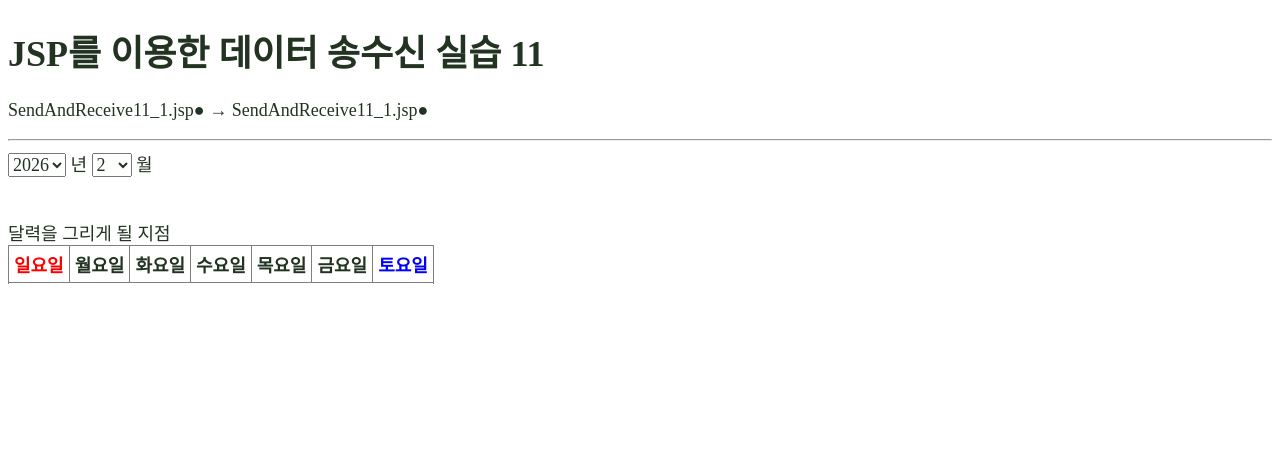
Repository: god5228god/Jsp
Page: http://localhost/WebApp06/SendAndReceive11_1.jsp
The author's editor kept a copy of each file at every save. The page is drawn from the files as they stood at one save, then again after the next save.
The browser window is 1280 px wide. The pictures show the whole page.
The page is served by Tomcat 9.

Above is the page before, as saved 2026-03-04 05:30:41.

### WebApp06/WebContent/SendAndReceive11_1.jsp
<%@ page import="java.util.Calendar" %>
<%@ page contentType="text/html; charset=UTF-8"%>
<%
	// 이전 페이지(SendAndReceive11_1.jsp)로부터 넘어온 데이터 수신
	//-- year, month

	String sYear = request.getParameter("year");
	String sMonth = request.getParameter("month");

	// Calendar 객체 생성
	//java.util.Calendar cal = java.util.Calendar.getInstance();
	Calendar cal = Calendar.getInstance();

	// 현재의 연, 월. 일 확인
	int nowYear = cal.get(Calendar.YEAR);			//-- 2026
	int nowMonth = cal.get(Calendar.MONTH) + 1 ; 	//-- 3
	int nowDay = cal.get(Calendar.DAY_OF_MONTH);	//-- 4

	// 표시할 달력의 연, 월 구성
	// → 페이지 최초 요청을 감안한 코드 처리
	int selectYear = nowYear;
	int selectMonth = nowMonth;

	// 페이지에 대한 요청이 최초 요청이 아닐 경우
	// → 선택한 값(이전 페이지로부터 수신한 값)을 활용한 달력의 연, 월 구성
	if(sYear != null || sMonth !=  null)
	{
		selectYear = Integer.parseInt(sYear);
		selectMonth = Integer.parseInt(sMonth);
	}

	// 테스트
	// out.print("<h1>selectYear: "+ selectYear + "</h1>");
	// out.print("<h1>selectMonth: "+ selectMonth + "</h1>");

	// 확인한 날짜로 연도 select option 구성
	//------------------------------------------------
 	// <option value="2016">2016</option>
	// <option value="2017">2017</option>
	// <option value="2018">2018</option>
	//
	// <option value="2026" selected="selected">2026</option>
	// 				:
	// <option value="2034">2034</option>
	// <option value="2035">2035</option>
	// <option value="2036">2036</option>
	//------------------------------------------------

	String yOption = "";
	for (int year=(selectYear-10); year<=(selectYear+10); year++)	// 2016 ~ 2036
	{
		// 관찰 ⓐ
		// yOption += "<option value='" +year +"'>"+year+"</option>";

		// 관찰 ⓑ
/* 		if(year==nowYear){
			yOption += "<option value='" +year +"' selected='selected'>"+year+"</option>";
		}else{
			yOption += "<option value='" +year +"'>"+year+"</option>";
		} */

		// 상황 1: 페이지 최초 요청일 때 → sYear는 null
		//		   현재의 연도와 옵션 값이 같을 때
		// ==> selected(○)

		// 상황 2: 페이지 최초 요청이 아닐 때 → sYear는 null이 아님
		//		   선택된 연도와 옵션 값이 같을 때
		// ==> selected(○)

		// 상황 3: 나머지
		// ==> selected(×)

		if(sYear==null && year==nowYear)
			yOption += "<option value='" +year +"' selected='selected'>"+year+"</option>";
		else if(sYear!=null && year==Integer.parseInt(sYear))
			yOption += "<option value='" +year +"' selected='selected'>"+year+"</option>";
		else
			yOption += "<option value='" +year +"'>"+year+"</option>";
	}
	// 확인한 날짜로 월 select option 구성
	//------------------------------------------------
 	// <option value="1">1</option>
	// <option value="2">2</option>
	// <option value="3" selected="selected">3</option>
	// 				:
	// <option value="10">10</option>
	// <option value="11">11</option>
	// <option value="12">12</option>
	//------------------------------------------------

	String mOption = "";
	for(int month = 1; month<=12; month++)
	{
		// 상황 1: 페이지 최초 요청일 때 → sMonth는 null
				//		   현재의 월과 옵션 값이 같을 때
				// ==> selected(○)

				// 상황 2: 페이지 최초 요청이 아닐 때 → sMonth는 null이 아님
				//		   선택된 월과 옵션 값이 같을 때
				// ==> selected(○)

				// 상황 3: 나머지
				// ==> selected(×)
		if(sMonth==null && month==nowMonth)
			mOption += "<option value='" +month +"' selected='selected'>"+month+"</option>";
		else if(sMonth!=null && month==Integer.parseInt(sMonth))
			mOption += "<option value='" +month +"' selected='selected'>"+month+"</option>";
		else
			mOption += "<option value='" +month +"'>"+month+"</option>";
	}

	// 그려야 할 달력의 1일이 무슨 요일인지 확인 필요
	// (만년 달력 구조)

	int[] months = {31, 28, 31, 30, 31, 30, 31, 31, 30, 31, 30, 31};	//-- 각 월의 최대 날짜
	if(selectYear%4==0 && selectYear%100!=0 || selectYear%400==0)	//-- 윤년
		months[1] = 29;

	// 총 날 수 누적 변수
	int nalsu;

	// 요일 항목 타이블 배열 구성
	String[] weekNames = {"일요일", "월요일", "화요일", "수요일", "목요일", "금요일", "토요일"};

	// 입력받은 연도 이전 년도까지의 날 수 계산
	nalsu = (selectYear-1)*365 + (selectYear-1)/4 - (selectYear-1)/100 + (selectYear-1)/400;

	// 위 계산 항목에 입력받은 월의 이전 월까지의 날 수 추가
	for(int i=0; i<selectMonth-1; i++){
		nalsu += months[i];
	}

	nalsu++;								//-- + 1 (1일까지의 날짜 합산)

	int week = nalsu%7;						//-- 요일 변수
	int lastDay = months[selectMonth-1];	//-- 해당 월의 마지막 날짜 변수

	// 달력 그리기 ---------------------------------------------------------------------
	String calStr = "";

	calStr += "<table border='1'>";
	calStr += "<tr>";
	for(int i = 0 ; i<weekNames.length;i++)
	{
		// 확인
		//calStr += "<th>" + weekNames[i] + "</th>";

		if(i==0)															//-- 일요일
			calStr += "<th class='sun'>" + weekNames[i] + "</th>";
		else if(i==6)														//-- 토요일
			calStr += "<th class='sat'>" + weekNames[i] + "</th>";
		else
			calStr += "<th>" + weekNames[i] + "</th>";
	}

	calStr += "</tr>";

	// 빈 칸 공백 td 발생
	calStr += "<tr>";
	for(int i = 1 ; i<=week;i++)
		calStr +="<td></td>";

	// 날짜 td 발생
	for(int i = 1; i<=lastDay; i++)
	{
		week++;							//-- 날짜가 하루씩 처리될 때마다(구성이 이루어질 때 마다)
										//	 요일도 함께 1씩 증가될 수 있도록 처리 CHECK!
		// 확인
		//calStr +="<td>"+i+"</td>";

		// 오늘 날짜 확인
		// nowYear, nowMonth, nowDay



		if(week%7==0)
			calStr += "</tr><tr>";
	}
	calStr += "</tr>";
	calStr += "</table>";


	//---------------------------------------------------------------------- 달력 그리기

%>
<!DOCTYPE html>
<html>
<head>
<meta charset="UTF-8">
<title>SendAndReceive11_1.jsp</title>
<link rel="stylesheet" type="text/css" href="css/main.css" />
<style type="text/css">
table{border-collapse: collapse;}
tr>*{text-align: center; padding: 5px;}
td.now{background-color: aqua; font-weight: bold;}
.sat{color: blue;}
.sun{color: red;}
td.nowSat{background-color: aqua; font-weight: bold; color: blue;}
td.nowSun{background-color: aqua; font-weight: bold; color: red;}

</style>
<script type="text/javascript">
	function formCalendar(obj)
	{
		// 유효성 검사가 필요할 경우 삽입할 수 있는 영역
		obj.submit();
		//-- obj → form 객체
	}
</script>
</head>
<body>
<div>
	<h1>JSP를 이용한 데이터 송수신 실습 11</h1>
	<p>SendAndReceive11_1.jsp● → SendAndReceive11_1.jsp●</p>
	<hr />
</div>

<!--
	○ 데이터 송수신 실습

	  - 연도와 월을 입력받아 해당 연월의 달력을 화면에 출력하는 JSP 페이지를 구성한다.

	  - 단, submit 버튼 없이 이벤트 처리를 할 수 있도록 한다.

	  - 전송한 내용을 수신하여 출력해주는 형태의 페이지로 구성한다.

	  - 연도 구성은 현재 연도를 기준으로 이전 10년, 이후 10년으로 구성한다.
	    (기본적으로 만년 달력을 구성하는데, 현재의 연, 월을 달력 객체를 활용할 수 있도록 한다.)

	  - 월 구성은 1월부터 12월까지로 한다.

	  페이지 레이아웃
	  ---------------------------------------------
	   2016			 1
	  	 :			 :
	  [2026 ▼] 년 [ 3 ▼] 월
	  	 :			 :
	   2036			12


	  ----------------------------
	  ---- 해당 년 월의 달력 -----
	  ----------------------------
	  ----------------------------

	  ---------------------------------------------

	  - 연도 select나 월 select의 내용이 변화되면
	    해당 연 월의 달력을 출력하주는 형태의 페이지로 구성한다.

	    - 사용자 최초 요청 주소
	      http://localhost:3306/WebApp06/SendAndReceive11.jsp

	   - 물리적 파일 구성
	     ·SendAndReceive11.jsp

 -->


<!--
	1. submit 액션 처리 → 스크립트 제어

	2. 수신한 데이터에 대한 처리(이전 페이지로부터 데이터 수신)
	   → 연도, 월

	3. Calendar 객체 생성
	   → 현재의 연, 월, 일 확인

	4. 표시할 달력의 연, 월 구성
	   → 페이지 최초 요청을 감안한 코드 처리 필요
	   	  (연도 select, 월 select)

	5. 페이지에 대한 요청이 최초 요청이 아닐 경우
	   → 사용자가 선택한 값을 활용한 달력의 연, 월 구성

	6. 해당 연, 월의 달력 그리기
 -->

<div>
	<!-- ※ form의 action 속성 또는 action 속성값 생략
			→ 요청 페이지/ 전송 데이터의 수신처는 자기 자신
	-->
	<form method="post">
		<select name="year" id="year" onchange="formCalendar(this.form)">

		<!-- 	<option value="9999">9999</option>
			<option value="9998">9998</option>
			<option value="9997">9997</option>
			<option value="9996">9996</option> -->
			<%= yOption %>

		</select> 년
		<select name="month" id="month" onchange="formCalendar(this.form)">
<!-- 			<option value="99">99</option>
			<option value="98">98</option>
			<option value="97">97</option>
			<option value="96">96</option> -->
			<%= mOption %>
		</select> 월
	</form>
</div>
<br><br>

<div>
	달력을 그리게 될 지점
	<%= calStr %>
</div>























</body>
</html>

### WebApp06/WebContent/css/main.css
@charset "UTF-8";

*
{
	color: #223322;
	font-family: 나눔고딕코딩;
}

body, p, div, span, input, table, th, td, select
{
	font-size: 18px;
}

.control
{
	border: 1px solid gray;
	border-radius: 3px ;
}

.table
{
	border-collapse: collapse;
	width: 100%;
}

.table th, .table td
{
	border: 1px solid gray;
	border-left: 0;
	border-right: 0;
	padding: 3px;
	line-height: 150%;
}

.table th
{
	font-weight: bold;
	background-color: #eee;
}

.btn
{
	font-weight: bold;
	font-family: 맑은 고딕;

}

.btn:hover
{
	color: #fff;
	background-color: #778877;
}
input[type="text"]:focus
{
	background-color: #dcfccf;
}

After the next save:
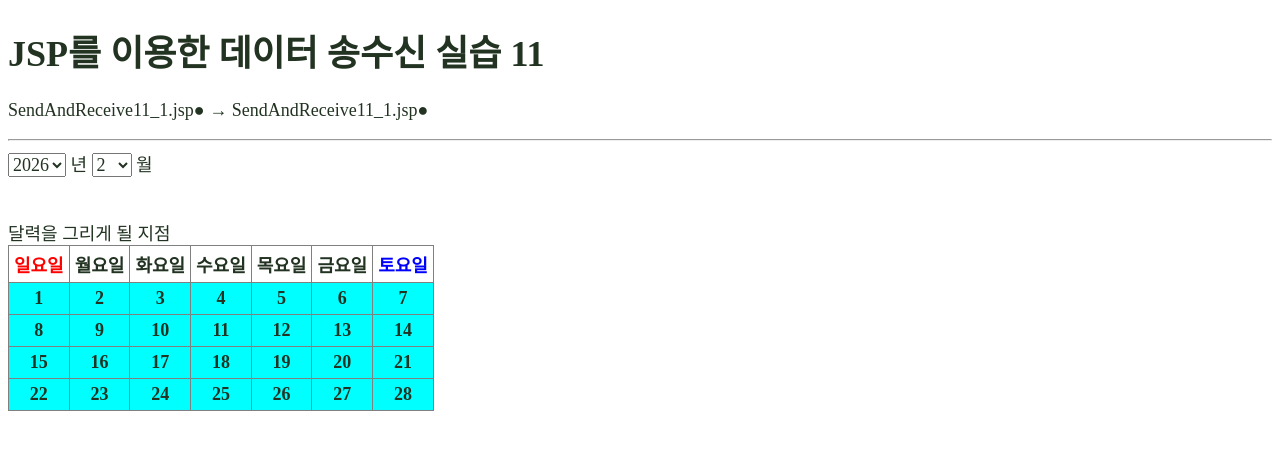
Saved 57 s later.
--- a/WebApp06/WebContent/SendAndReceive11_1.jsp
+++ b/WebApp06/WebContent/SendAndReceive11_1.jsp
@@ -170,7 +170,10 @@
 
 		// 오늘 날짜 확인
 		// nowYear, nowMonth, nowDay
-
+		if(selectYear==nowYear)
+		{
+			calStr +="<td class='now'>"+i+"</td>";
+		}
 
 
 		if(week%7==0)

After the 2 saves that followed:
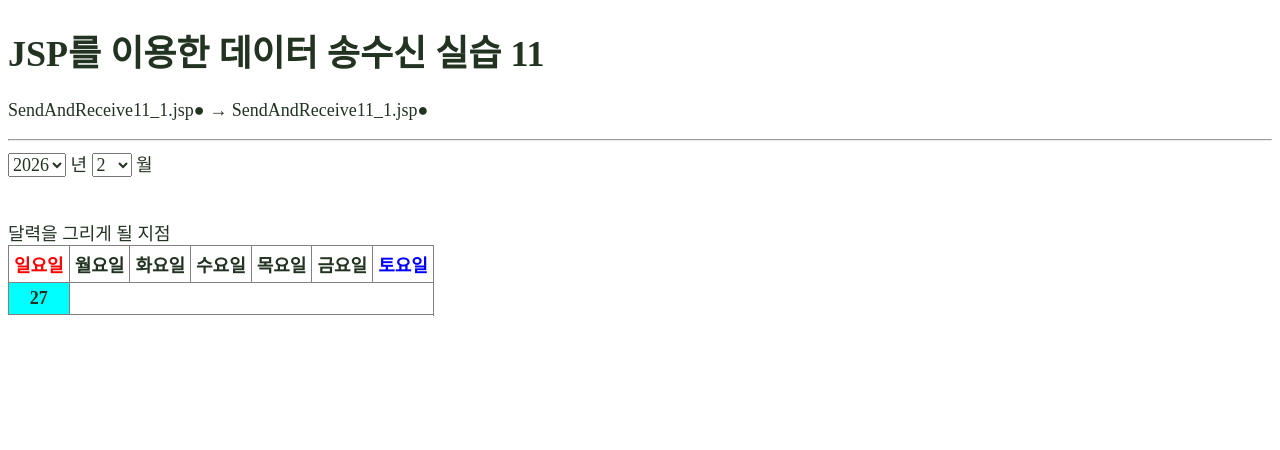
The 2 saves are shown as one change because 1 left the picture as it was.
The last was saved 51 s later.
--- a/WebApp06/WebContent/SendAndReceive11_1.jsp
+++ b/WebApp06/WebContent/SendAndReceive11_1.jsp
@@ -170,7 +170,7 @@
 
 		// 오늘 날짜 확인
 		// nowYear, nowMonth, nowDay
-		if(selectYear==nowYear)
+		if(selectYear==nowYear&& selectMonth==nowMonth&& i==nowDay)
 		{
 			calStr +="<td class='now'>"+i+"</td>";
 		}
